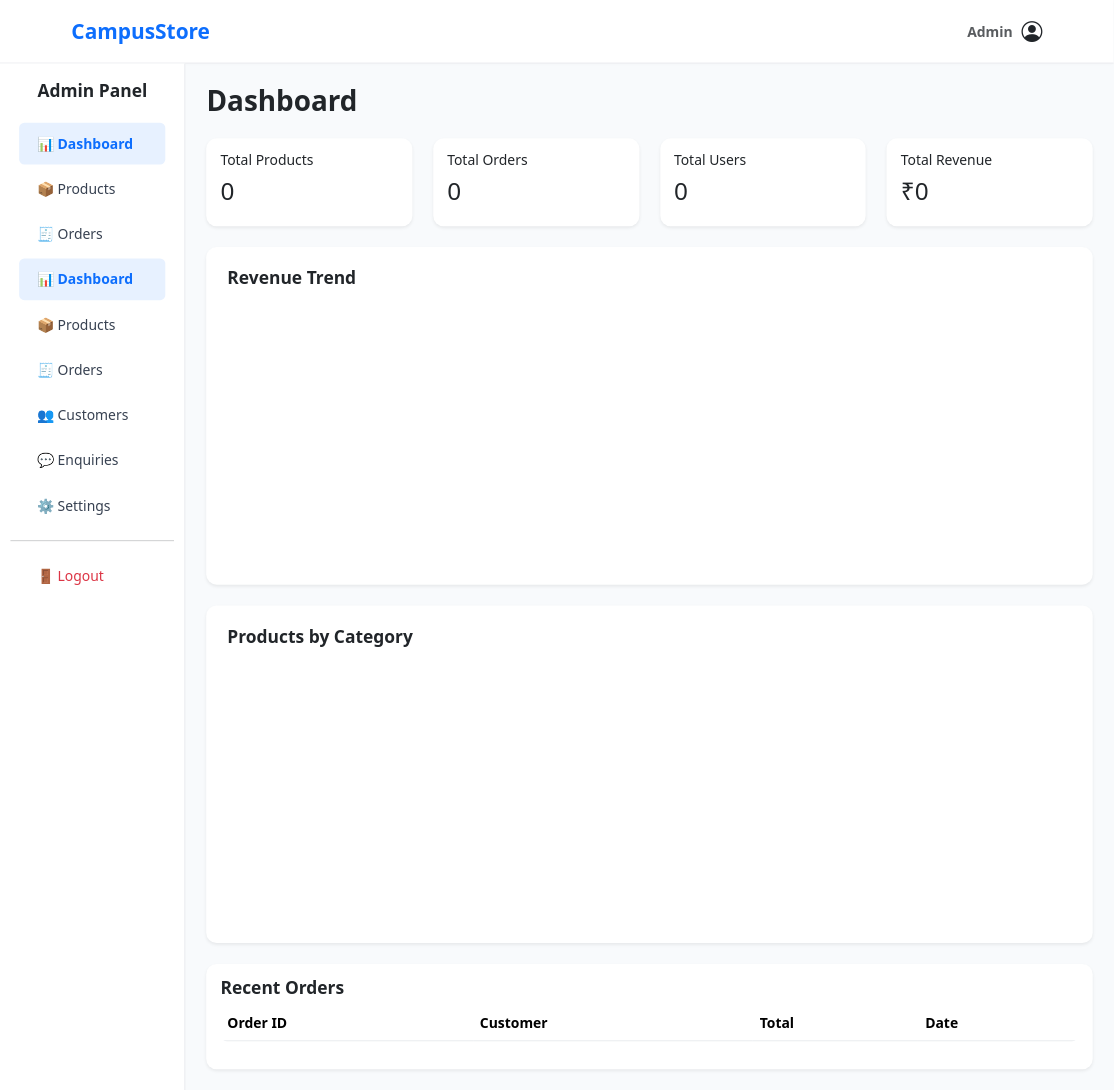
Repository: Kanika0004/CampusStore
Page: admin/dashboard.html
The author's editor kept a copy of each file at every save. The page is drawn from the files as they stood at one save, then again after a run of saves.
The browser window is 1280 px wide. The pictures show the whole page, at 87% of full size.

Above is the page before, as saved 2026-03-14 01:15:27.
Console error (its wording comes from the project's code and is left out).

After the next 3 saves:
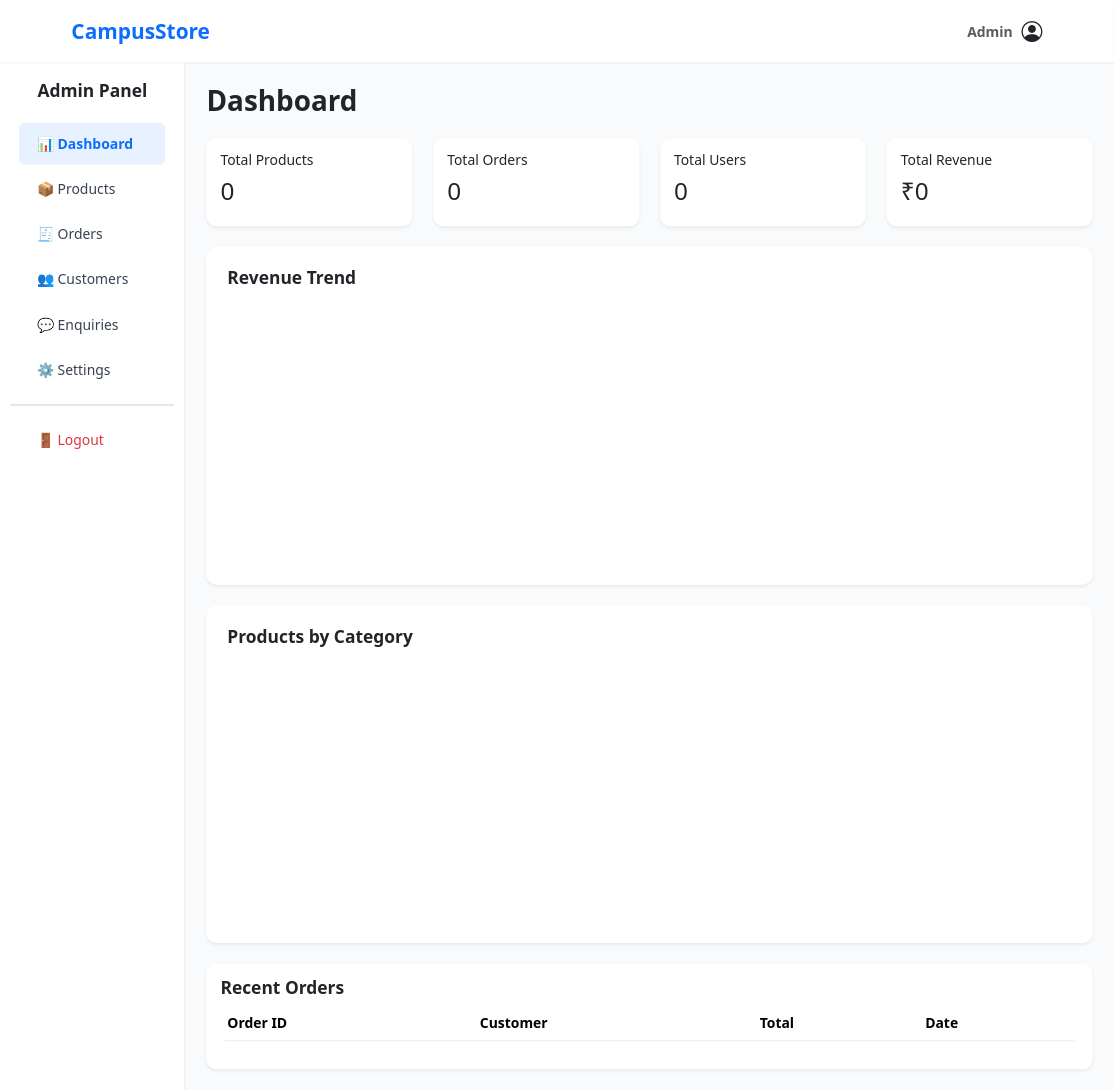
The 3 saves are shown as one change because they came seconds apart.
The last was saved 3 days later.
--- a/admin/dashboard.html
+++ b/admin/dashboard.html
@@ -125,18 +125,6 @@ font-size:16px;
 <div class="col-md-2 sidebar">
 
 <h5 class="text-center mb-4 fw-bold">Admin Panel</h5>
-
-<a href="dashboard.html" class="active">
-📊 Dashboard
-</a>
-
-<a href="#" onclick="loadPage('products.html', this)">
-📦 Products
-</a>
-
-<a href="#" onclick="loadPage('orders.html', this)">
-🧾 Orders
-</a>
 
 <a href="dashboard.html" class="active">
 📊 Dashboard
